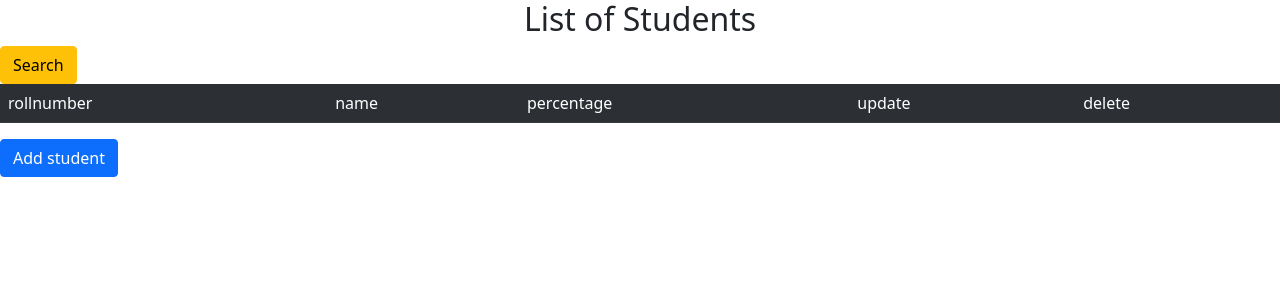
Repository: RMVLajaykumar/monojavaee
Page: http://localhost/12-student-mvc-db/Student
The author's editor kept a copy of each file at every save. The page is drawn from the files as they stood at one save, then again after the next save.
The browser window is 1280 px wide. The pictures show the whole page.
The page is served by Tomcat 9. Queries for data that is not in the repository find no rows.

Above is the page before, as saved 2024-07-18 06:48:21.

After the next save:
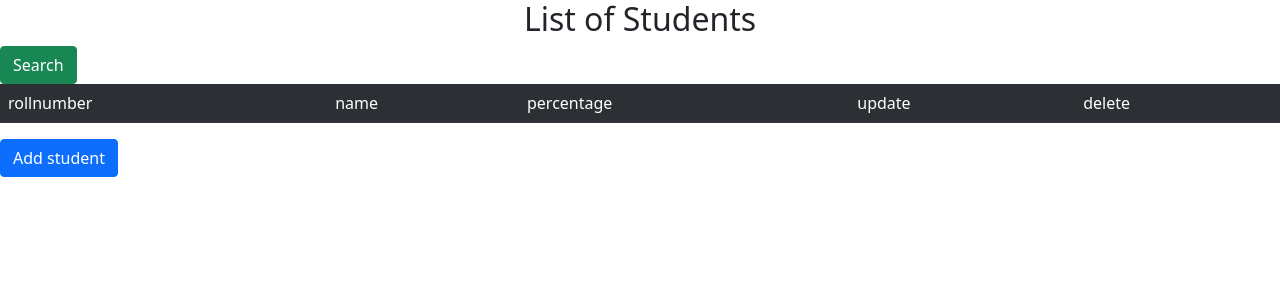
Saved 41 s later.
--- a/12-student-mvc-db/WebContent/view-student.jsp
+++ b/12-student-mvc-db/WebContent/view-student.jsp
@@ -40,7 +40,7 @@
 
 			</tr>
 	 </c:forEach>
-	   <a href="search-student.jsp" class="btn btn-warning" >Search</a>
+	   <a href="search-student.jsp" class="btn btn-success" >Search</a>
 
 	 </table>
 
